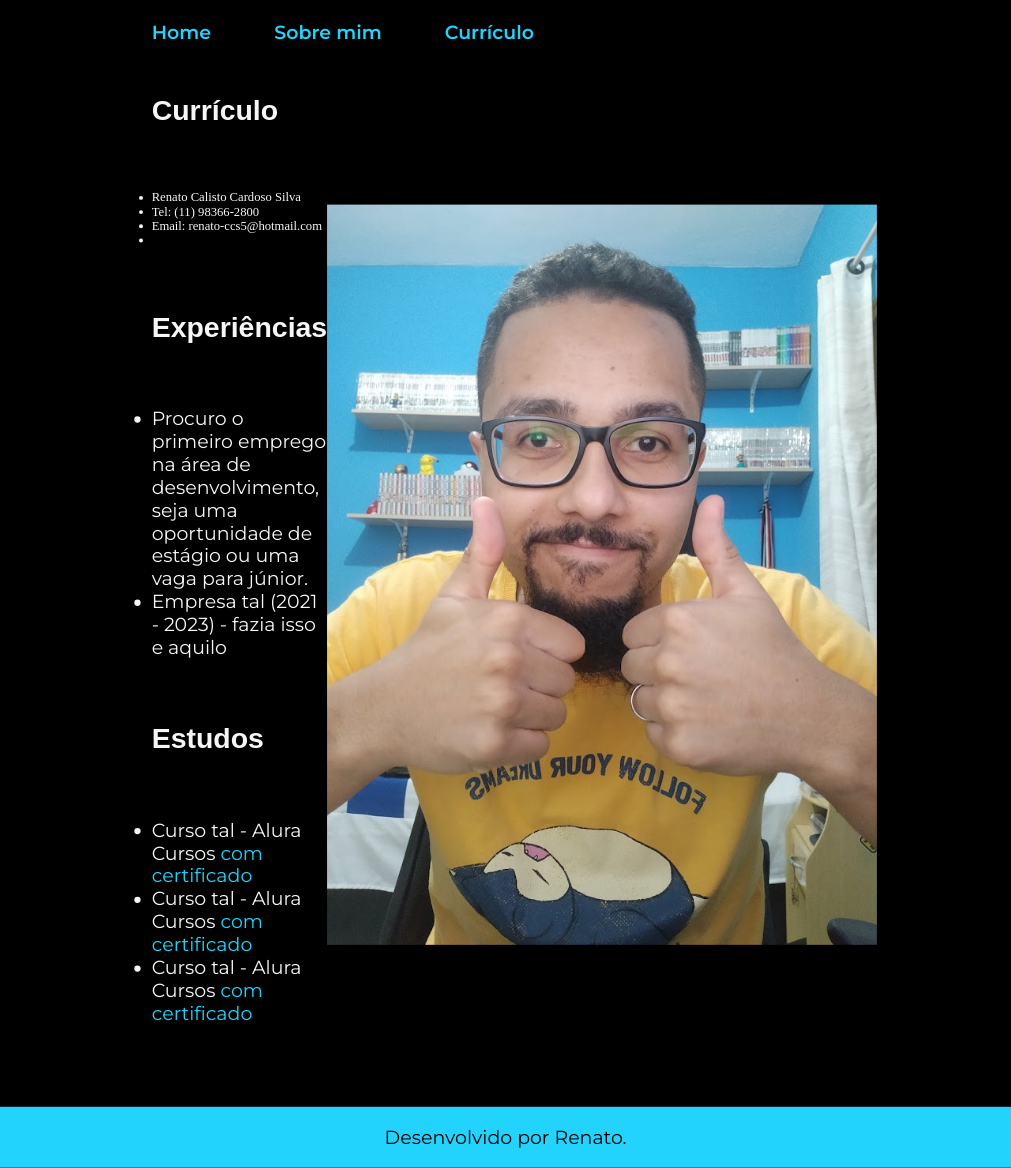
Repository: RenatoCCS/Portfolio_Alura
Page: curriculo.html
These files come from the project's save history. The page is drawn as it stood at one moment and after the next save; the edit follows.
The browser window is 1280 px wide. The pictures show the whole page, at 79% of full size.
Some web fonts or font styles are not loaded; a fallback is used.

Above is the page before, as saved 2023-03-13 20:27:55.

After the next save:
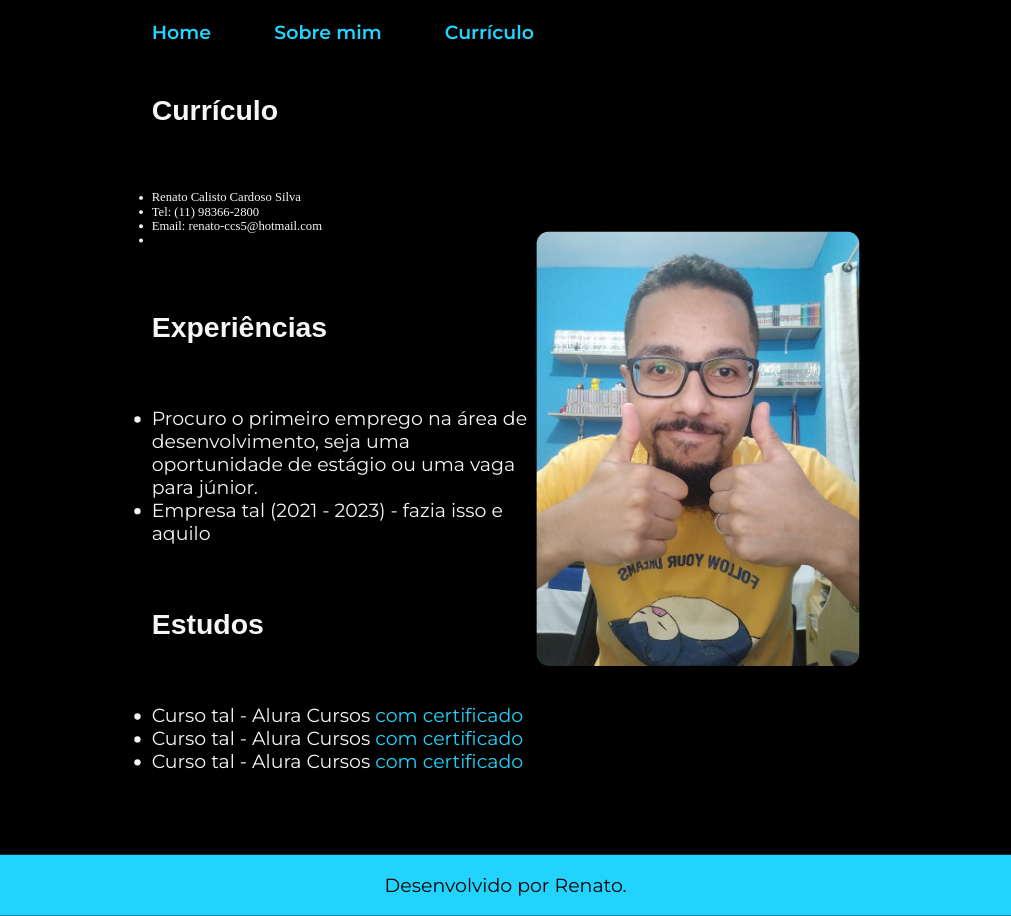
Saved 2 min 26 s later.
--- a/curriculo.html
+++ b/curriculo.html
@@ -45,7 +45,7 @@
           </ul>
           </p>
       </section>
-      <img class="apresentacao__foto"
+      <img class="apresentacao__imagem"
       src="./assets/renato.jpg" alt="Foto da Joana Santos programando">
   </main>
 
